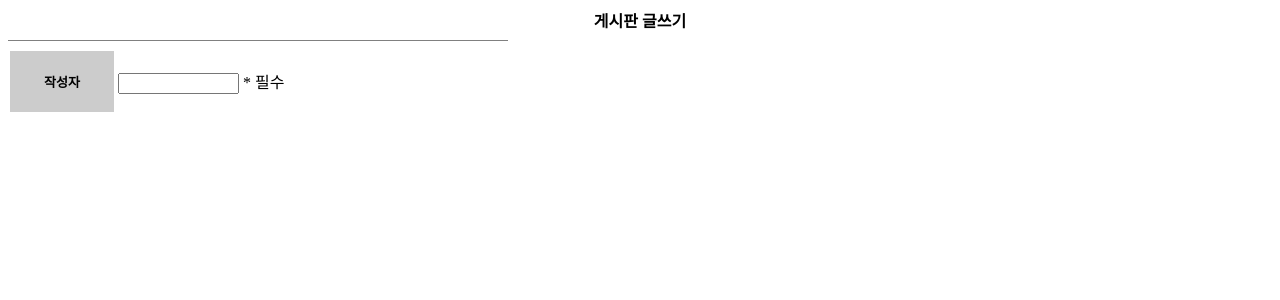
Repository: kalmia26/Capstone
Page: http://localhost/LectureSystem/write2.jsp
The author's editor kept a copy of each file at every save. The page is drawn from the files as they stood at one save, then again after the next save.
The browser window is 1280 px wide. The pictures show the whole page.
The page is served by Tomcat 9.

Above is the page before, as saved 2017-05-08 21:59:09.

After the next save:
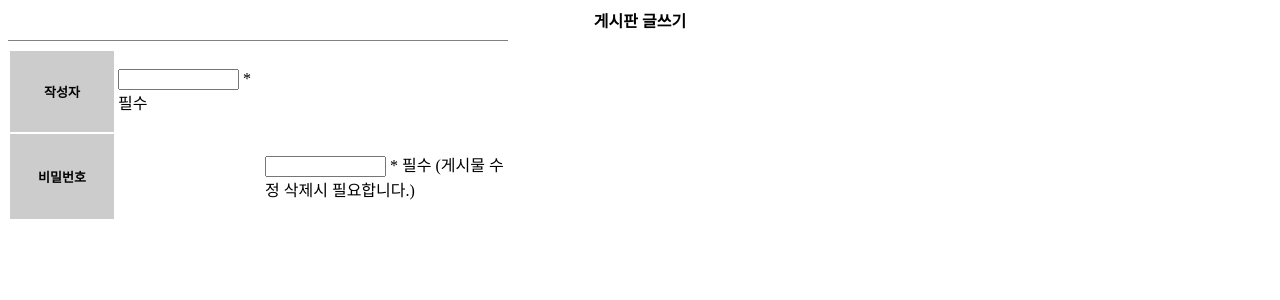
Saved 2 min 46 s later.
--- a/LectureSystem/WebContent/write2.jsp
+++ b/LectureSystem/WebContent/write2.jsp
@@ -53,6 +53,16 @@ Write.submit();
 				<p><input type='text' size='12' name='name'> * 필수 </p>
 			</td>
 		</tr>
+
+		<tr>
+			<td width='100' bgcolor='cccccc'>
+				<font size='2'><center><b>비밀번호</b></center></font>
+			<td>
+			<td>
+				<p><input type='text' size='12' name='pass'> * 필수 (게시물 수정 삭제시 필요합니다.)</p>
+			</td>
+		</tr>
+
 	</table>
 
 </form>
